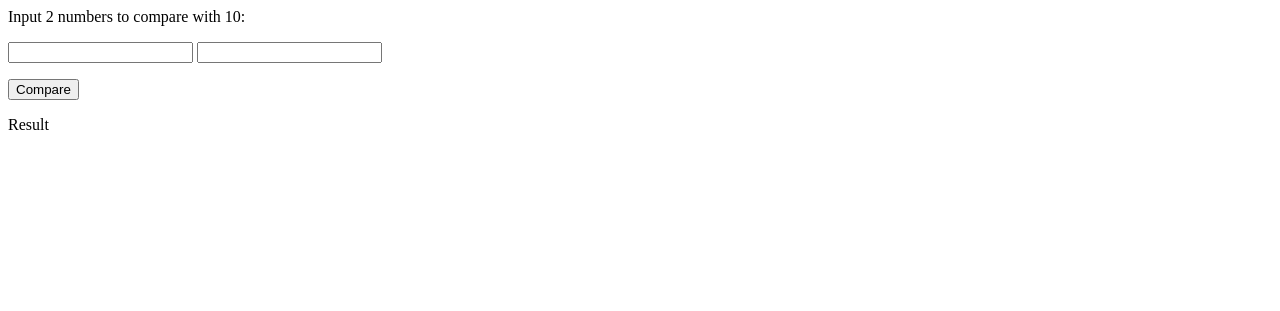
Repository: Hok1988/HomeWork
Page: HomeWork4/Massive/war/index.html
These files come from the project's save history. The page is drawn as it stood at one moment and after the next save; the edit follows.
The browser window is 1280 px wide. The pictures show the whole page.
The page's requests for data from a server got no answer.

Above is the page before, as saved 2016-05-27 18:32:58.

### HomeWork4/Massive/war/index.html
<!DOCTYPE HTML PUBLIC "-//W3C//DTD HTML 4.01 Transitional//EN">
<!-- The HTML 4.01 Transitional DOCTYPE declaration-->
<!-- above set at the top of the file will set     -->
<!-- the browser's rendering engine into           -->
<!-- "Quirks Mode". Replacing this declaration     -->
<!-- with a "Standards Mode" doctype is supported, -->
<!-- but may lead to some differences in layout.   -->

<html>
<head>
<title> </title>
<meta http-equiv="Content-Type" content="text/html;charset=utf-8">
</head>

<script src="jquery-2.1.0.min.js"></script>
<script>
  $( function() {
	  $('#answer_random').load("/massive?func=default");
	  $('#compare').click(function() {
			var var1 = $('#var1').val();
			var var2 = $('#var2').val();

			$('#result1').load("/massive?var1="+var1+"&var2="+var2+"&func=compare");
	} );
  } );
</script>
<body>
<span style="color:red" id="answer_random"></span>
 <form>
<p>Input 2 numbers to compare with 10:</p>
<input id="var1" type="text"/>
<input id="var2" type="text"/>
</form>
<button id="compare">Compare</button>
<p>
Result
<b><span style="color:blue" id="result1"></span></b></p>
 </body>
</html>

Loaded but not shown: HomeWork4/Massive/war/jquery-2.1.0.min.js (library)

After the next save:
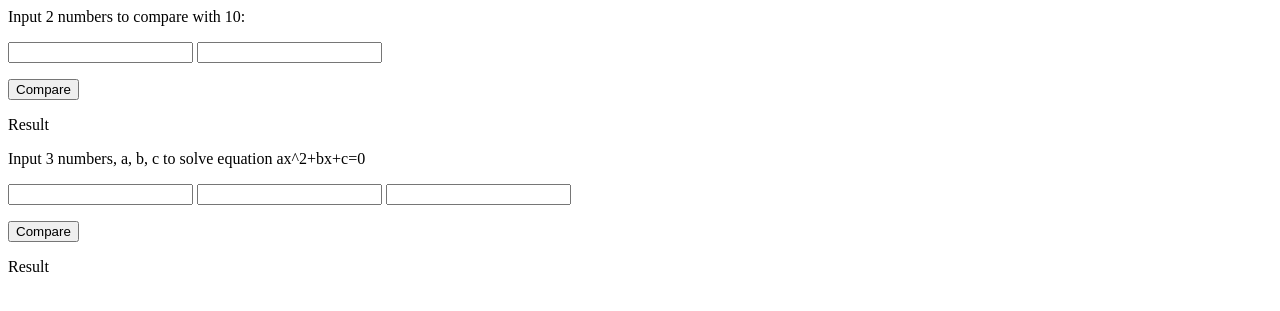
Saved 3 min 49 s later.
--- a/HomeWork4/Massive/war/index.html
+++ b/HomeWork4/Massive/war/index.html
@@ -21,7 +21,14 @@
 			var var2 = $('#var2').val();
 
 			$('#result1').load("/massive?var1="+var1+"&var2="+var2+"&func=compare");
-	} );
+	  } );
+	  $('#solve').click(function() {
+			var var1 = $('#var1').val();
+			var var2 = $('#var2').val();
+			var var3 = $('#var3').val();
+
+			$('#result2').load("/massive?var1="+var1+"&var2="+var2+"&func=solve");
+	  } );
   } );
 </script>
 <body>
@@ -35,5 +42,15 @@
 <p>
 Result
 <b><span style="color:blue" id="result1"></span></b></p>
+ <form>
+<p>Input 3 numbers, a, b, c to solve equation ax^2+bx+c=0</p>
+<input id="var1" type="text"/>
+<input id="var2" type="text"/>
+<input id="var3" type="text"/>
+</form>
+<button id="solve">Compare</button>
+<p>
+Result
+<b><span style="color:blue" id="result2"></span></b></p>
  </body>
 </html>
